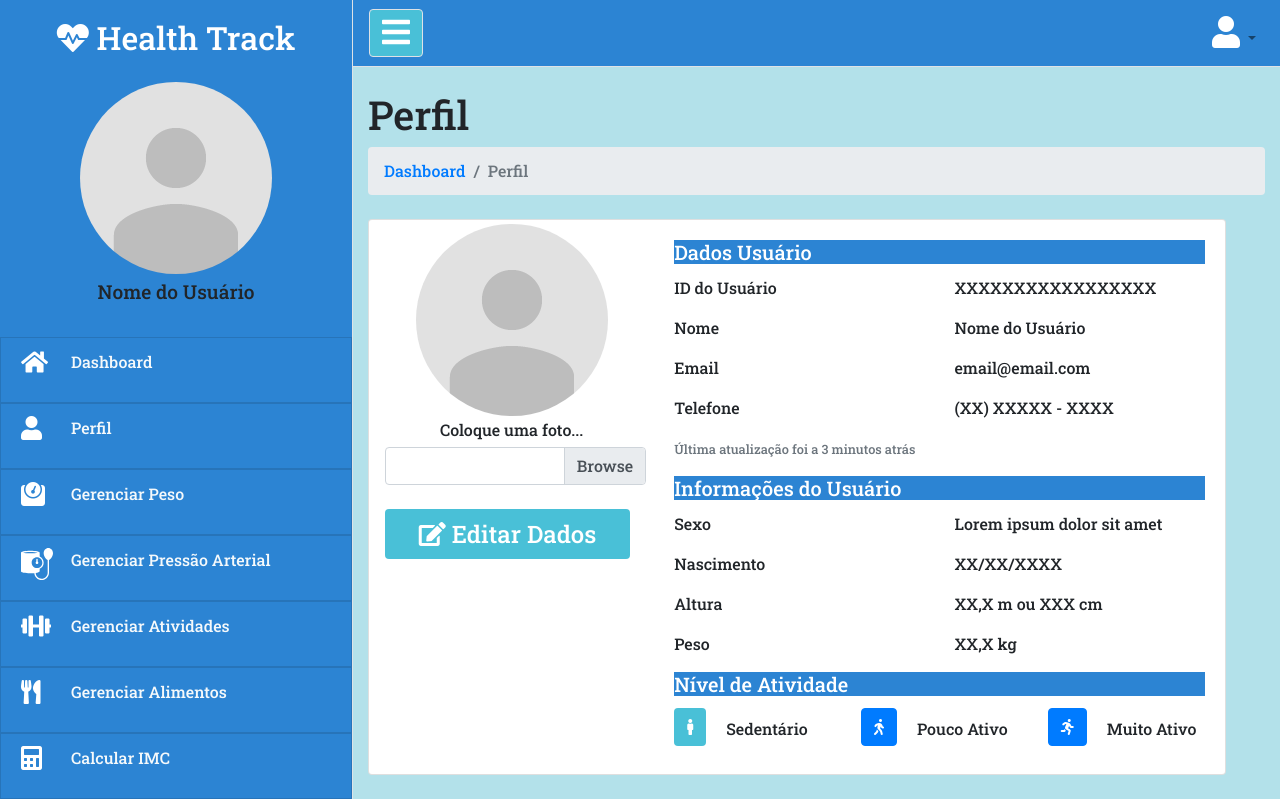
Repository: Kendysan88/projetoHealthTrack
Page: http://localhost/HealthTrack/user.jsp
An editor plug-in stored every save of this project. The page is shown before and after the next save, followed by the edit.
The browser window is 1280 px wide. The pictures show the whole page.
Some web libraries are served in a nearby version. The page is served by Tomcat 9.

Above is the page before, as saved 2020-11-02 14:52:44.
Console error: TypeError: Cannot read properties of null (reading 'length')

After the next save:
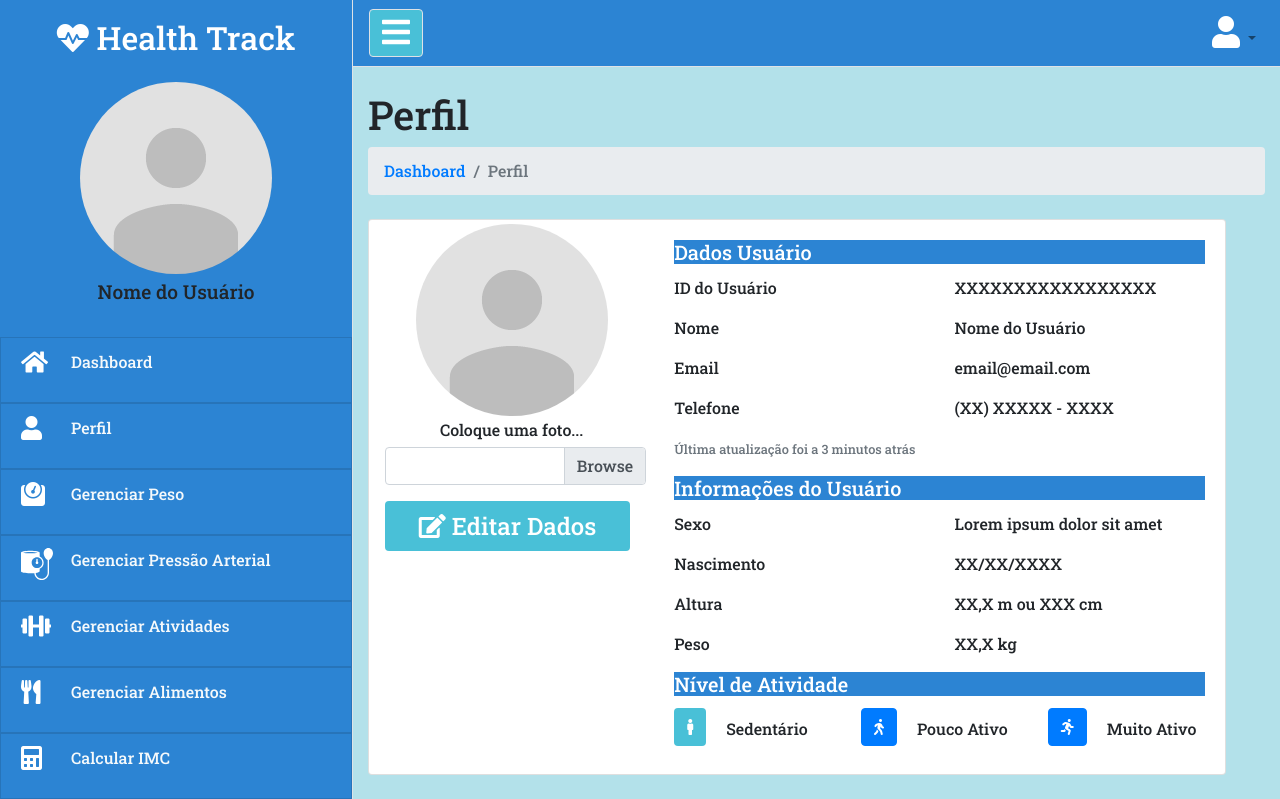
Saved 3 min 37 s later.
--- a/Integration/HealthTrack/WebContent/user.jsp
+++ b/Integration/HealthTrack/WebContent/user.jsp
@@ -33,16 +33,14 @@
 						<div class="card mb-4" style="max-width: 1024px;">
 							<div class="row no-gutters">
 								<div class="col-md-4">
-									<label>
 										<div class="text-center">
 											<img src="img/avatar.png" class="img-fluid p-1 rounded-circle" alt="Foto do Usuário">
 											<h6>Coloque uma foto...</h6>
 											<div class="custom-file ml-3 overlay">
+												<input type="file" class="custom-file-input" id="customFile" name="filename">
 												<label class="custom-file-label mr-4 text-left" for="customFile"></label>
-												<input type="file" class="custom-file-input" id="customFile" name="filename">
 											</div>
 										</div>
-									</label>
 									<div class="row m-3 text-center">
 										<button type="button"
 											class="btn mr-2 mb-2 btn-block cor-botao icones-menu-lateral"
